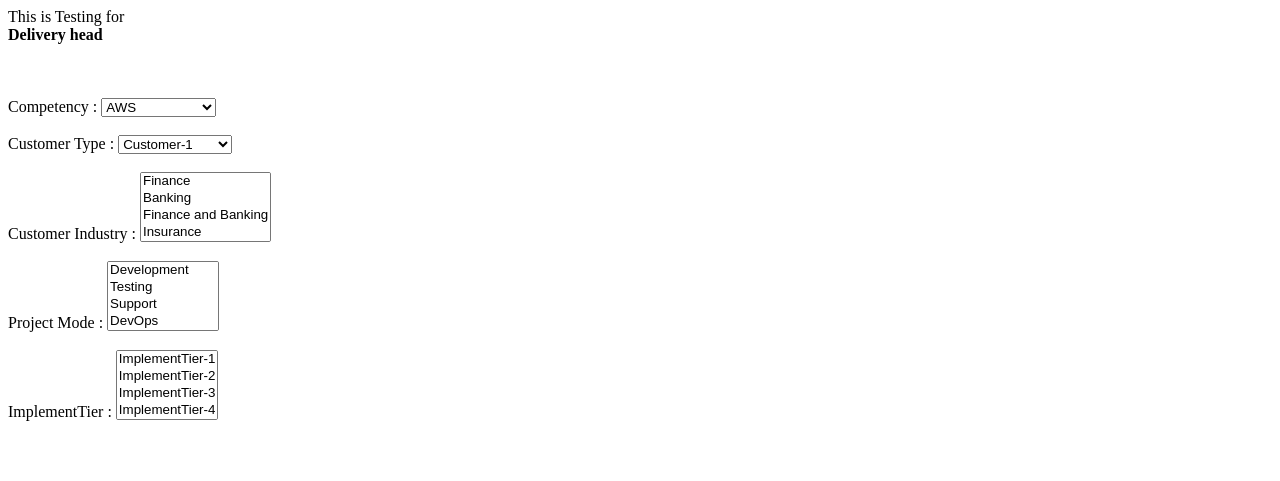
Repository: Perwaiz21/STS
Page: http://localhost/AWS_Web/
These files come from the project's save history. The page is drawn as it stood at one moment and after a run of saves; the edit follows.
The browser window is 1280 px wide. The pictures show the whole page.
The page is served by Tomcat 9.

Above is the page before, as saved 2021-02-18 09:42:59.

### AWS_Web/WebContent/index.jsp
<%@ page language="java" contentType="text/html; charset=ISO-8859-1"
	pageEncoding="ISO-8859-1"%>
<!DOCTYPE html>
<html>
<head>
<meta charset="ISO-8859-1">
<title>Insert title here</title>
</head>
<body>
	This is Testing for
	<br>
	<b>Delivery head</b>
	<br>
	<br>
	<br>
	<br>
	<label for="Competency"> Competency :</label>

	<select name="cars" id="Competency">
		<option value="AWS">AWS</option>
		<option value="Azure">Azure</option>
		<option value="GCP">GCP</option>
		<option value="Java Full Stack">Java Full Stack</option>
		<option value="Front end">Front end</option>
		<option value=".NET Full Stack">.NET Full Stack</option>

	</select>
	<br>
	<br>
	<label for="Customer Type">Customer Type :</label>
	<select name="Customer_Type" id="Customer_Type">
		<option value="ISV">Customer-1</option>
		<option value="Enterprise level">Enterprise level</option>

	</select>
	<br>
	<br>
	<label for="Customer Industry">Customer Industry :</label>
	<select name="Customer_Industry" id="Customer_Industry" multiple>
		<option value="Finance">Finance</option>
		<option value="Banking">Banking</option>
		<option value="Finance and Banking">Finance and Banking</option>
		<option value="Insurance">Insurance</option>
		<option value="Oil and Gas">Oil and Gas</option>
		<option value="Pharma">Pharma</option>
		<option value="Health Care">Health Care</option>
		<option value="Telecom">Telecom</option>
		<option value="Mortgage">Mortgage</option>
		<option value="Supply Chain">Supply Chain</option>
		<option value="Lease Management">Lease Management</option>
		<option value="Advisory">Advisory</option>
		<option value="Audit">Audit</option>
	</select>


	<br>
	<br>
	<label for="Project Mode">Project Mode :</label>
	<select name="Project-Mode" id="Project-Mode" multiple>
		<option value="Development">Development</option>
		<option value="Testing">Testing</option>
		<option value="Support">Support</option>
		<option value="DevOps">DevOps</option>
		<option value="Consulting">Consulting</option>
		<option value="Management">Management</option>
		<option value="DB Administration">DB Administration</option>
	</select>

	<br>
	<br>
	<label for="ImplementTier ">ImplementTier :</label>
	<select name="ImplementTier" id="ImplementTier" multiple>
		<option value="ImplementTier-1 ">ImplementTier-1</option>
		<option value="ImplementTier-2">ImplementTier-2</option>
		<option value="ImplementTier-3">ImplementTier-3</option>
		<option value="ImplementTier-4">ImplementTier-4</option>
		<option value="ImplementTier-5">ImplementTier-5</option>
		<option value="ImplementTier-6">ImplementTier-6</option>
		<option value="ImplementTier-7">ImplementTier-7</option>
	</select>



</body>
</html>

After the next 2 saves:
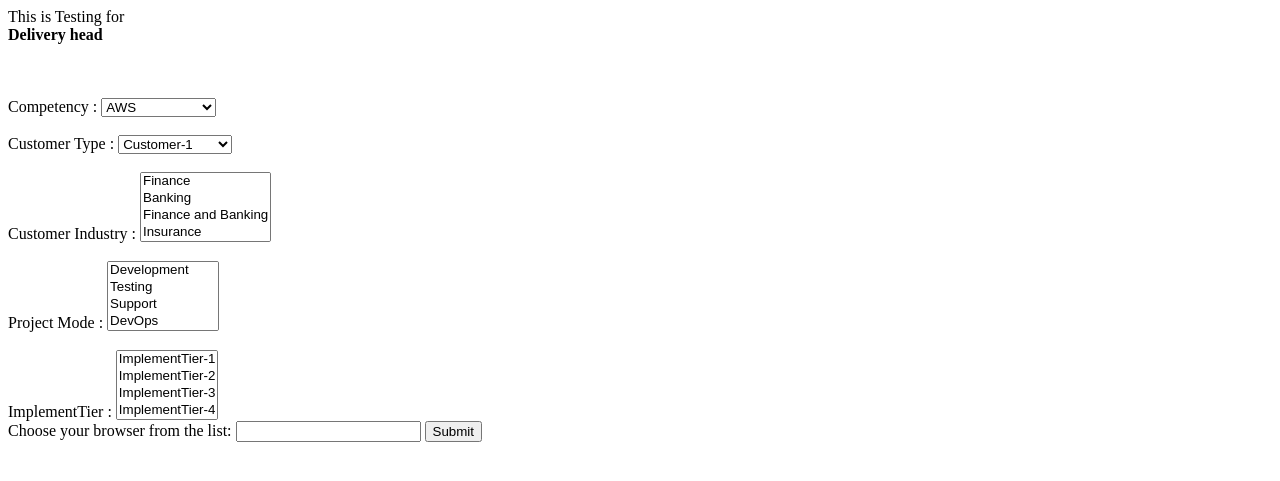
The 2 saves are shown as one change because they came seconds apart.
The last was saved 8 min 48 s later.
--- a/AWS_Web/WebContent/index.jsp
+++ b/AWS_Web/WebContent/index.jsp
@@ -80,6 +80,19 @@
 	</select>
 
 
+	<form action="/action_page.php" method="get">
+		<label for="browser">Choose your browser from the list:</label> <input
+			list="browsers" name="browser" id="browser">
+		<datalist id="browsers">
+			<option value="Edge">
+			<option value="Firefox">
+			<option value="Chrome">
+			<option value="Opera">
+			<option value="Safari">
+		</datalist>
+		<input type="submit">
+	</form>
+
 
 </body>
 </html>
